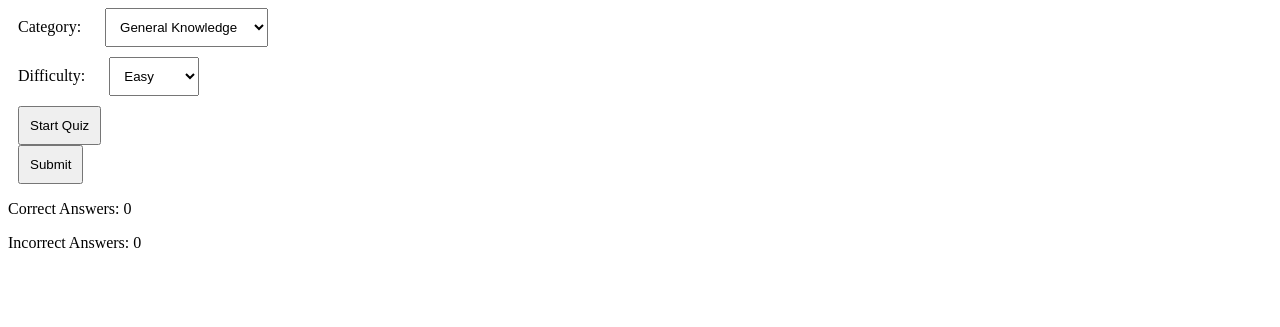
Repository: Kayla-amr/triviaSvelte
Page: /
An editor plug-in stored every save of this project. The page is shown before and after a run of saves, followed by the edit.
The browser window is 1280 px wide. The pictures show the whole page.
The project was rebuilt for these pictures with package versions that can differ from the ones it lists, and the page was loaded fresh each time. The framework's server and built-in components were replaced by stand-ins that run in the browser. Also part of the build but not shown: svelte.config.js, vite.config.js.

Above is the page before, as saved 2023-03-18 09:24:41.

### src/routes/+page.svelte
<script>


	let questions = [];

	function startQuiz() {
		const category = document.getElementById('category').value;
		const difficulty = document.getElementById('difficulty').value;


		const apiUrl = `https://opentdb.com/api.php?amount=10&category=${category}&difficulty=${difficulty}&type=multiple`;
        console.log(apiUrl);

        fetch(apiUrl)
            .then((response) => response.json())
            .then((data) => {
                questions = data.results;
            });
	}


	let correctAnswers = 0;
	let incorrectAnswers = 0;
	let unanswered = 0;

	function submitTrivia() {

		for (let i = 0; i < questions.length; i++) {
			let question = questions[i].question;
			let correctAnswer = questions[i].correct_answer;
			let incorrectAnswers = questions[i].incorrect_answers;
			let userAnswer = document.querySelector(`input[name="${question}"]:checked`).value;


			if (userAnswer === correctAnswer) {
				correctAnswers++;
			} else if (userAnswer === undefined) {
				unanswered++;
			} else {
				incorrectAnswers++;
			}
		}
	}
</script>

<div>
	<form id="quiz-form">

		<label for="category">Category:</label>
		<select id="category" name="category">
			<option value="9">General Knowledge</option>
			<option value="10">Books</option>
			<option value="11">Film</option>
			<option value="12">Music</option>
            <option value="13">Musicals & Theatres</option>
			<!-- Add more options for other categories -->
		</select><br />

		<label for="difficulty">Difficulty:</label>
		<select id="difficulty" name="difficulty">
			<option value="easy">Easy</option>
			<option value="medium">Medium</option>
			<option value="hard">Hard</option>
		</select><br />


		<button on:click={startQuiz}>Start Quiz</button>
	</form>
</div>

<div>
	<form action="triviaQuestions">
		{#each questions as question}
			<p>{@html question.question}</p>
			<input
				type="radio"
				name={question.question}
				value={question.correct_answer}
				id="correctAnswer"
			/>{@html question.correct_answer}<br />
			{#each question.incorrect_answers as incorrect}
				<input
					type="radio"
					name={question.question}
					value={incorrect}
					id="IncorrectAnswer"
				/>{@html incorrect}<br />
			{/each}
		{/each}

		<button on:click={submitTrivia}>Submit</button>
	</form>

	<div>
		<p>Correct Answers: {correctAnswers}</p>
		<p>Incorrect Answers: {incorrectAnswers}</p>
	</div>
</div>

<style>

    label {
        padding: 10px;
    }
    select {
        margin: 0 10px 10px;
        padding: 10px;
    }
    button {
        padding: 10px;
        margin: 0 10px;
    }
</style>

Loaded but not shown: src/app.html (common file)

After the next 2 saves:
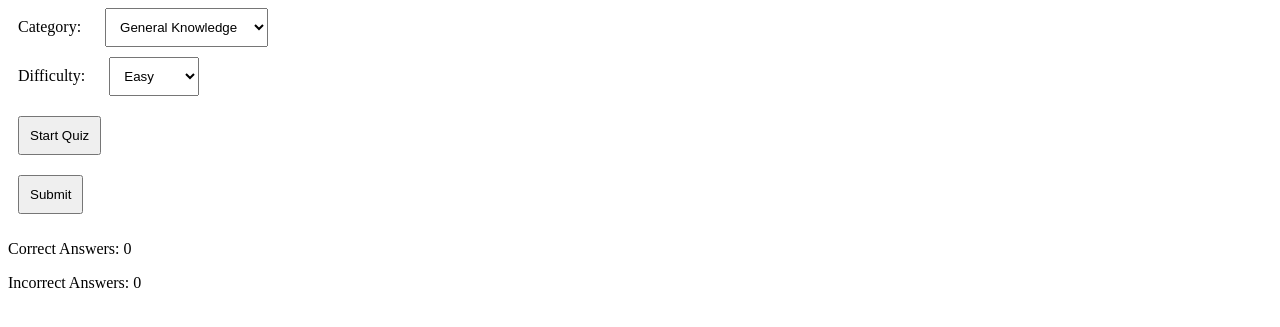
The 2 saves are shown as one change because they came seconds apart.
The last was saved 29 s later.
--- a/src/routes/+page.svelte
+++ b/src/routes/+page.svelte
@@ -108,6 +108,6 @@
     }
     button {
         padding: 10px;
-        margin: 0 10px;
+        margin: 10px 10px;
     }
 </style>
